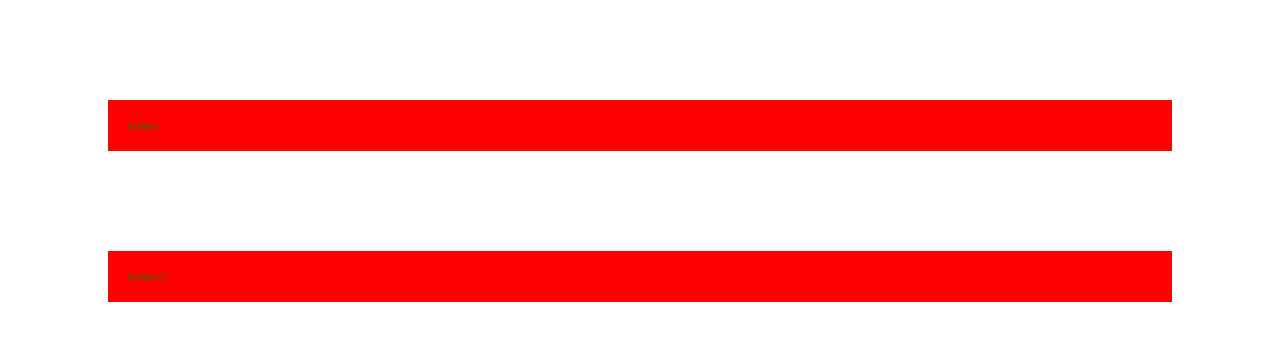
Repository: VISHALGUPTA100803/Harkirat_MERN
Page: Week 4/DOM_introduction/index.html
An editor plug-in stored every save of this project. The page is shown before and after the next save, followed by the edit.
The browser window is 1280 px wide. The pictures show the whole page.

Above is the page before, as saved 2024-03-12 00:40:24.

### Week 4/DOM_introduction/index.html
<html>
    <style>
        .container {
            background-color: red;
            font-size: 10;
            padding: 20;
            margin: 100;
            color: green;
        }
    </style>
    <body>
        <div class="container">
            hi there
        </div>
        <div class = "container">
            hi there 2
        </div>

    </body>
</html>

After the next save:
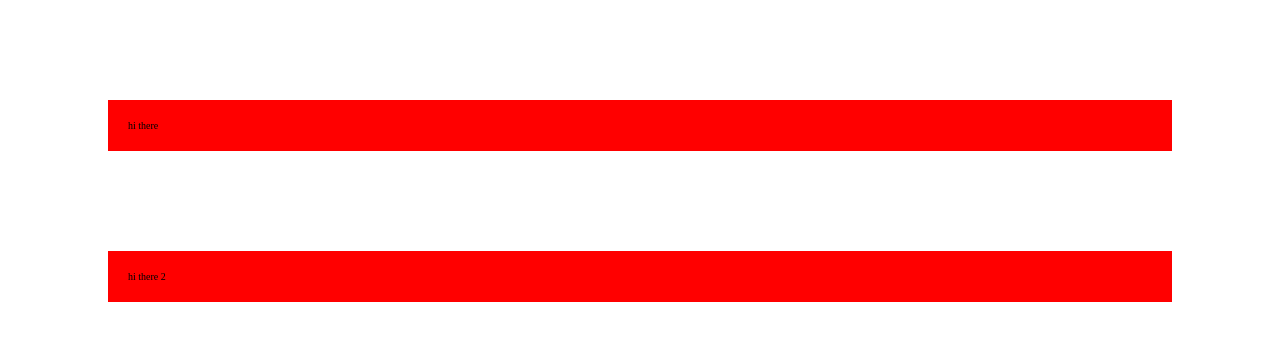
Saved 6 s later.
--- a/Week 4/DOM_introduction/index.html
+++ b/Week 4/DOM_introduction/index.html
@@ -5,7 +5,7 @@
             font-size: 10;
             padding: 20;
             margin: 100;
-            color: green;
+            col
         }
     </style>
     <body>
